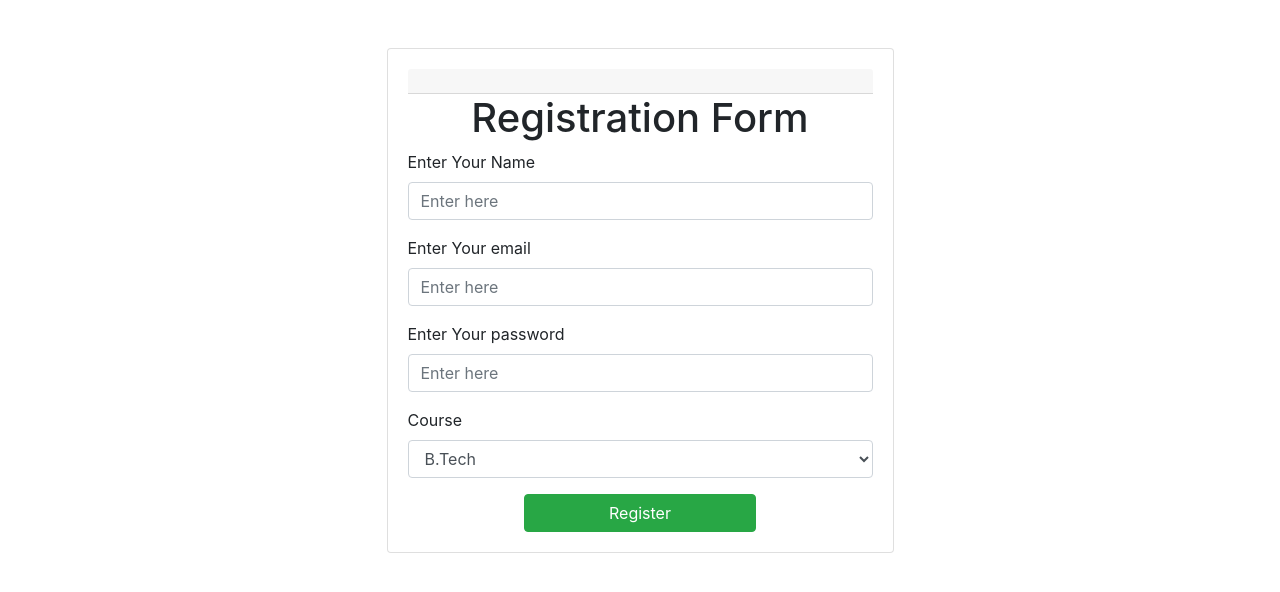
Repository: Hashim-Ansari-82/Servlet-And-JSP
Page: Submit-Form-App/src/main/webapp/index.html
These files come from the project's save history. The page is drawn as it stood at one moment and after the next save; the edit follows.
The browser window is 1280 px wide. The pictures show the whole page.
Some web libraries are served in a nearby version.

Above is the page before, as saved 2026-06-03 19:25:18.

### Submit-Form-App/src/main/webapp/index.html
<!DOCTYPE html>
<html>
<head>
<meta charset="UTF-8">
<title>Submit Form</title>
<link rel="stylesheet"
	href="https://cdn.jsdelivr.net/npm/bootstrap@4.0.0/dist/css/bootstrap.min.css"
	integrity="sha384-Gn5384xqQ1aoWXA+058RXPxPg6fy4IWvTNh0E263XmFcJlSAwiGgFAW/dAiS6JXm"
	crossorigin="anonymous">
</head>
<body>

	<div class="container p-5">
		<div class="row">
			<div class="col-md-6 offset-md-3">
				<div class="card">
					<div class="card-body">
					<div class="card-header"></div>
					<h1 class="text-center">Registration Form</h1>
						<form action="register" method="post">
							<div class="form-group">
								<label>Enter Your Name</label> <input type="text"
									name="user_name" class="form-control" placeholder="Enter here">
							</div>
							<div class="form-group">
								<label>Enter Your email</label> <input type="text"
									name="email" class="form-control" placeholder="Enter here">
							</div>
							<div class="form-group">
								<label>Enter Your password</label> <input type="text"
									name="password" class="form-control" placeholder="Enter here">
							</div>
							<div class="form-group">
								<label>Course</label> <select class="form-control">
								<option>B.Tech</option>
								<option>M.Tech</option>
								<option>BCA</option>
								<option>MCA</option>
								<option>BSC IT</option>
								<option>MSC IT</option>
								</select>
							</div>
							<div class="text-center">
							<button class="btn btn-success col-md-6">Register</button>
							</div>
						</form>
					</div>
				</div>
			</div>
		</div>
	</div>

	<script src="https://code.jquery.com/jquery-3.2.1.slim.min.js"
		integrity="sha384-KJ3o2DKtIkvYIK3UENzmM7KCkRr/rE9/Qpg6aAZGJwFDMVNA/GpGFF93hXpG5KkN"
		crossorigin="anonymous"></script>
	<script
		src="https://cdn.jsdelivr.net/npm/popper.js@1.12.9/dist/umd/popper.min.js"
		integrity="sha384-ApNbgh9B+Y1QKtv3Rn7W3mgPxhU9K/ScQsAP7hUibX39j7fakFPskvXusvfa0b4Q"
		crossorigin="anonymous"></script>
	<script
		src="https://cdn.jsdelivr.net/npm/bootstrap@4.0.0/dist/js/bootstrap.min.js"
		integrity="sha384-JZR6Spejh4U02d8jOt6vLEHfe/JQGiRRSQQxSfFWpi1MquVdAyjUar5+76PVCmYl"
		crossorigin="anonymous"></script>
</body>
</html>

After the next save:
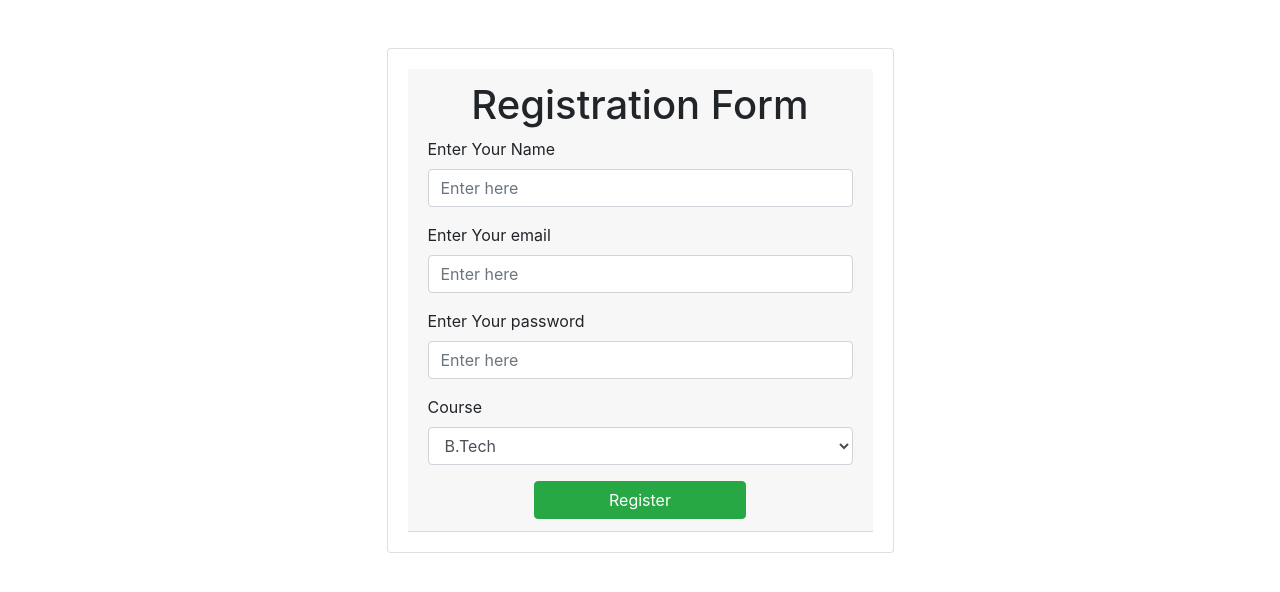
Saved 13 s later.
--- a/Submit-Form-App/src/main/webapp/index.html
+++ b/Submit-Form-App/src/main/webapp/index.html
@@ -15,35 +15,36 @@
 			<div class="col-md-6 offset-md-3">
 				<div class="card">
 					<div class="card-body">
-					<div class="card-header"></div>
-					<h1 class="text-center">Registration Form</h1>
-						<form action="register" method="post">
-							<div class="form-group">
-								<label>Enter Your Name</label> <input type="text"
-									name="user_name" class="form-control" placeholder="Enter here">
-							</div>
-							<div class="form-group">
-								<label>Enter Your email</label> <input type="text"
-									name="email" class="form-control" placeholder="Enter here">
-							</div>
-							<div class="form-group">
-								<label>Enter Your password</label> <input type="text"
-									name="password" class="form-control" placeholder="Enter here">
-							</div>
-							<div class="form-group">
-								<label>Course</label> <select class="form-control">
-								<option>B.Tech</option>
-								<option>M.Tech</option>
-								<option>BCA</option>
-								<option>MCA</option>
-								<option>BSC IT</option>
-								<option>MSC IT</option>
-								</select>
-							</div>
-							<div class="text-center">
-							<button class="btn btn-success col-md-6">Register</button>
-							</div>
-						</form>
+						<div class="card-header">
+							<h1 class="text-center">Registration Form</h1>
+							<form action="register" method="post">
+								<div class="form-group">
+									<label>Enter Your Name</label> <input type="text"
+										name="user_name" class="form-control" placeholder="Enter here">
+								</div>
+								<div class="form-group">
+									<label>Enter Your email</label> <input type="text" name="email"
+										class="form-control" placeholder="Enter here">
+								</div>
+								<div class="form-group">
+									<label>Enter Your password</label> <input type="text"
+										name="password" class="form-control" placeholder="Enter here">
+								</div>
+								<div class="form-group">
+									<label>Course</label> <select class="form-control">
+										<option>B.Tech</option>
+										<option>M.Tech</option>
+										<option>BCA</option>
+										<option>MCA</option>
+										<option>BSC IT</option>
+										<option>MSC IT</option>
+									</select>
+								</div>
+								<div class="text-center">
+									<button class="btn btn-success col-md-6">Register</button>
+								</div>
+							</form>
+						</div>
 					</div>
 				</div>
 			</div>
